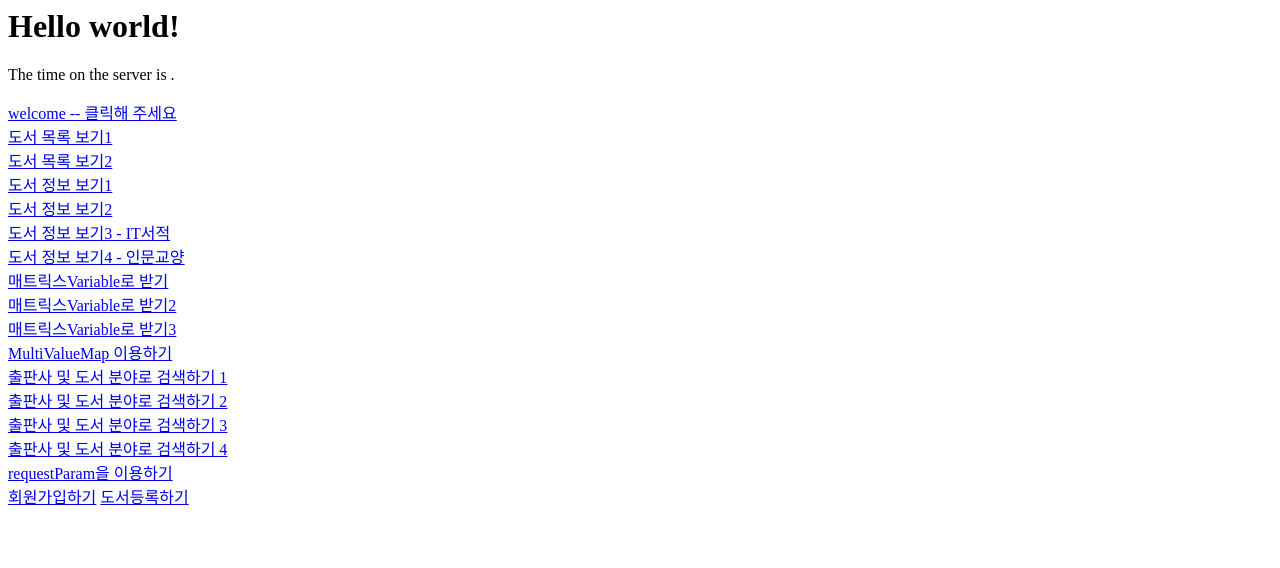
Repository: heojun0827/SpringLegacy
Page: http://localhost/book/WEB-INF/views/home.jsp
The author's editor kept a copy of each file at every save. The page is drawn from the files as they stood at one save, then again after the next save.
The browser window is 1280 px wide. The pictures show the whole page.
The page is served by Tomcat 9. Nobody is signed in. Other server files are loaded and not shown. The template is opened directly, without the code that normally fills it, so the values that code supplies are empty.

Above is the page before, as saved 2023-07-12 04:49:10.

### book/src/main/webapp/WEB-INF/views/home.jsp
<%@ page language="java" contentType="text/html; charset=UTF-8" pageEncoding="UTF-8"%>
<%@ taglib uri="http://java.sun.com/jsp/jstl/core" prefix="c" %>
<%@ page session="false" %>
<html>
<head>
	<title>Home</title>
</head>
<body>
	<h1>
		Hello world!
	</h1>

	<P>  The time on the server is ${serverTime}. </P>
	<a href="/home">welcome -- 클릭해 주세요</a><br>
	<a href="/books">도서 목록 보기1</a><br>
	<a href="/books/all">도서 목록 보기2</a><br>
	<a href="/test/t1/ISBN-13">도서 정보 보기1</a><br>
	<a href="/test/t2/에세이/publisher/대학문화사">도서 정보 보기2</a><br>
	<a href="/books/IT서적">도서 정보 보기3 - IT서적</a><br>
	<a href="/books/인문교양">도서 정보 보기4 - 인문교양</a><br>
	<a href="/test/t3/ISBN=300;category=인문교양">매트릭스Variable로 받기</a><br>
	<a href="/test/t5/ISBN-500;publisher=좋은책/category/IT서적;publisher=아이티">매트릭스Variable로 받기2</a><br>
	<a href="/test/t6/ISBN=600">매트릭스Variable로 받기3</a><br>
	<a href="/test/t7/ISBN=700;publisher=더조은;name=스프링/category/IT서적;publisher=아이티;author=아카데미">MultiValueMap 이용하기</a><br>
	<a href = "/books/filter/bookFilter;publisher=한길사;category=인문교양">출판사 및 도서 분야로 검색하기 1</a><br>
	<a href = "/books/filter/bookFilter;publisher=한빛아카데미;category=IT서적">출판사 및 도서 분야로 검색하기 2</a><br>
	<a href = "/books/filter/bookFilter;publisher=이지스퍼블리싱;category=IT서적"">출판사 및 도서 분야로 검색하기 3</a><br>

	<!--  이지스퍼블리싱 출판사에 도서분야가 IT서적, 인문교양 두개가 있다면 아래와 같이 작성하면됨 -->
	<a href="/books/filter/bookFilter;publisher=이지스퍼블리싱;category=IT서적,인문교양">출판사 및 도서 분야로 검색하기 4</a><br>
	<a href="/test/t8?id=ISBN-1234">requestParam을 이용하기</a><br>

	<a href="/test/regForm">회원가입하기</a>
	<a href="regBook">도서등록하기</a>
</body>
</html>

After the next save:
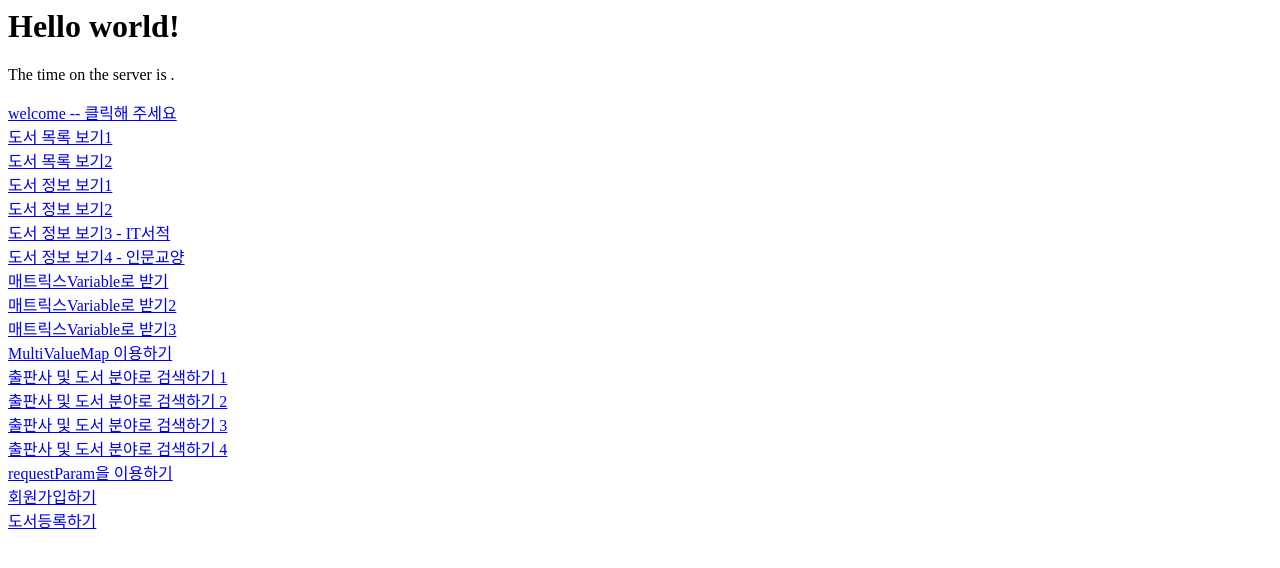
Saved 35 s later.
--- a/book/src/main/webapp/WEB-INF/views/home.jsp
+++ b/book/src/main/webapp/WEB-INF/views/home.jsp
@@ -30,7 +30,7 @@
 	<a href="/books/filter/bookFilter;publisher=이지스퍼블리싱;category=IT서적,인문교양">출판사 및 도서 분야로 검색하기 4</a><br>
 	<a href="/test/t8?id=ISBN-1234">requestParam을 이용하기</a><br>
 
-	<a href="/test/regForm">회원가입하기</a>
-	<a href="regBook">도서등록하기</a>
+	<a href="/test/regForm">회원가입하기</a><br>
+	<a href="regBook">도서등록하기</a><br>
 </body>
 </html>
